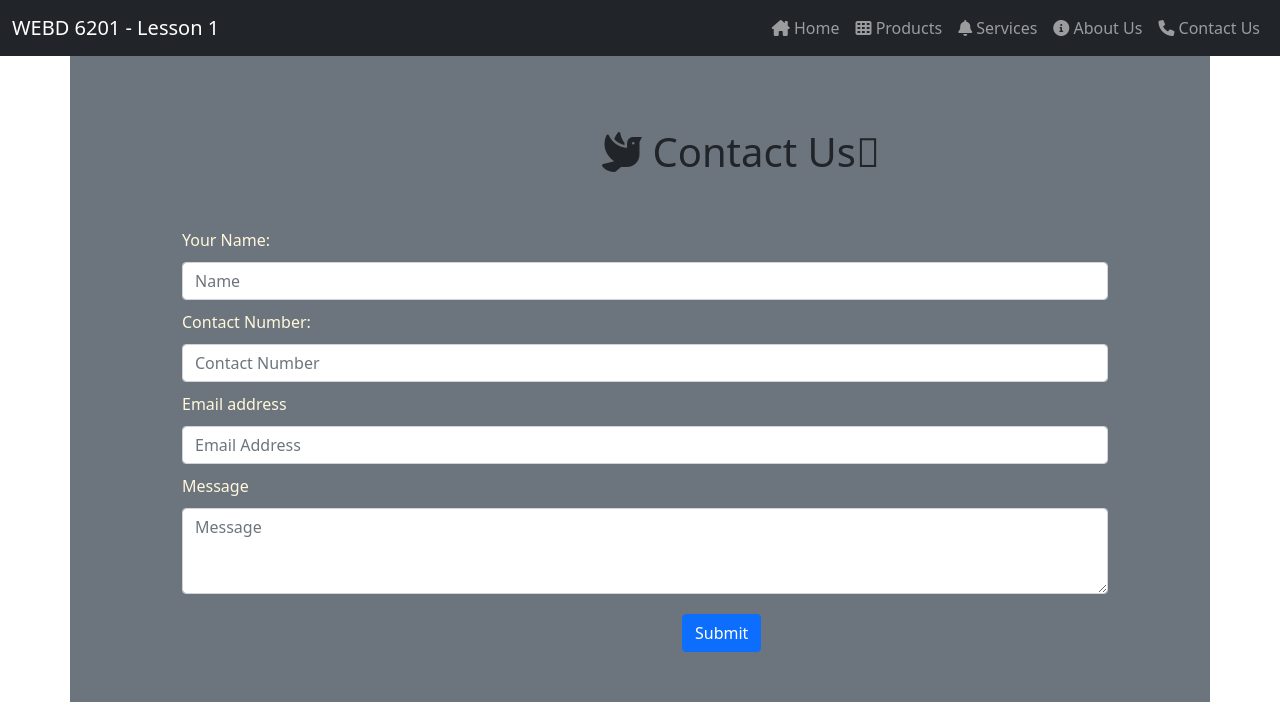
Repository: devanshudave1901/DevanshuDave_AngaranYogeswaranLab2
Page: contact.html
The author's editor kept a copy of each file at every save. The page is drawn from the files as they stood at one save, then again after the next save.
The browser window is 1280 px wide. The pictures show the whole page.

Above is the page before, as saved 2022-02-10 12:43:06.

### contact.html
<!DOCTYPE html>
<html lang="en">
  <head>
    <meta charset="UTF-8" />
    <meta http-equiv="X-UA-Compatible" content="IE=edge" />
    <meta name="viewport" content="width=device-width, initial-scale=1.0" />
    <title>Contact Us</title>
    <link
      rel="stylesheet"
      href="./node_modules/bootstrap/dist/css/bootstrap.min.css"
    />
    <link
      rel="stylesheet"
      href="./node_modules/@fortawesome/fontawesome-free/css/all.min.css"
    />
    <link rel="stylesheet" href="./Content/app.css" />
  </head>
  <body>
    <nav class="navbar navbar-expand-lg navbar-dark bg-dark">
      <div class="container-fluid">
        <a class="navbar-brand" href="#">WEBD 6201 - Lesson 1</a>
        <button
          class="navbar-toggler"
          type="button"
          data-bs-toggle="collapse"
          data-bs-target="#navbarSupportedContent"
          aria-controls="navbarSupportedContent"
          aria-expanded="false"
          aria-label="Toggle navigation"
        >
          <span class="navbar-toggler-icon"></span>
        </button>
        <div class="collapse navbar-collapse" id="navbarSupportedContent">
          <ul class="navbar-nav ms-auto">
            <li class="nav-item active">
              <a class="nav-link" aria-current="page" href="./index.html"
                ><i class="fa-solid fa-house-chimney"></i> Home</a
              >
            </li>

            <li class="nav-item">
              <a class="nav-link" href="./products.html"
                ><i class="fa-solid fa-th"></i> Products</a
              >
            </li>
            <li class="nav-item">
              <a class="nav-link" href="./services.html"
                ><i class="fa-solid fa-bell"></i> Services</a
              >
            </li>
            <li class="nav-item">
              <a class="nav-link" href="./about.html">
                <i class="fa-solid fa-circle-info"></i> About Us</a
              >
            </li>
            <li class="nav-item">
              <a class="nav-link" href="./contact.html">
                <i class="fa-solid fa-phone"></i> Contact Us</a
              >
            </li>
          </ul>
        </div>
      </div>
    </nav>
    <div class="jumbotron bg-secondary container" id="contentArea">
      <br />
      <br />
      <br />
      <h1 id="contactId">
        <i class="fa-solid fa-dove"></i> Contact Us<i
          class="fa-thin fa-comments"
        ></i>
      </h1>
      <br />

      <form id="Contactform">
        <div class="form-group">
          <label for="InputName">Your Name: </label>
          <input
            type="text"
            class="form-control"
            id="InputName"
            placeholder="Name"
          />
        </div>
        <div class="form-group">
          <label for="InputNumber">Contact Number: </label>
          <input
            type="number"
            class="form-control"
            id="InputNumber"
            placeholder="Contact Number"
          />
        </div>
        <div class="form-group">
          <label for="InputEmail1"> Email address</label>
          <input
            type="email"
            class="form-control"
            id="exampleInputEmail1"
            placeholder="Email Address"
          />
        </div>

        <div class="form-group">
          <label for="InputMessage">Message</label>
          <textarea
            class="form-control"
            id="InputMessage"
            placeholder="Message"
            rows="3"
          ></textarea>
        </div>

        <button type="submit" class="btn btn-primary">Submit</button>
      </form>
    </div>
    <!-- 3RD Party Library-->
    <script src="./node_modules/jquery/dist/jquery.min.js"></script>
    <script src="./node_modules/bootstrap/dist/js/bootstrap.min.js"></script>
  </body>
</html>

### Content/app.css
#Contactform {
  padding: 10px 90px 50px 100px;
}
#Contactform label {
  color: cornsilk;
  padding-bottom: 10px;
  padding-top: 10px;
}

#Contactform button {
  margin-top: 20px;
  margin-left: 500px;
}
.formInputBox {
  padding-left: 60px;
  margin: 8px 0;
  border: dashed;
  box-sizing: border-box;
}

#contactId {
  padding-left: 520px;
}

Loaded but not shown: node_modules/bootstrap/dist/css/bootstrap.min.css (library); node_modules/@fortawesome/fontawesome-free/css/all.min.css (library); node_modules/jquery/dist/jquery.min.js (library); node_modules/bootstrap/dist/js/bootstrap.min.js (library)

After the next save:
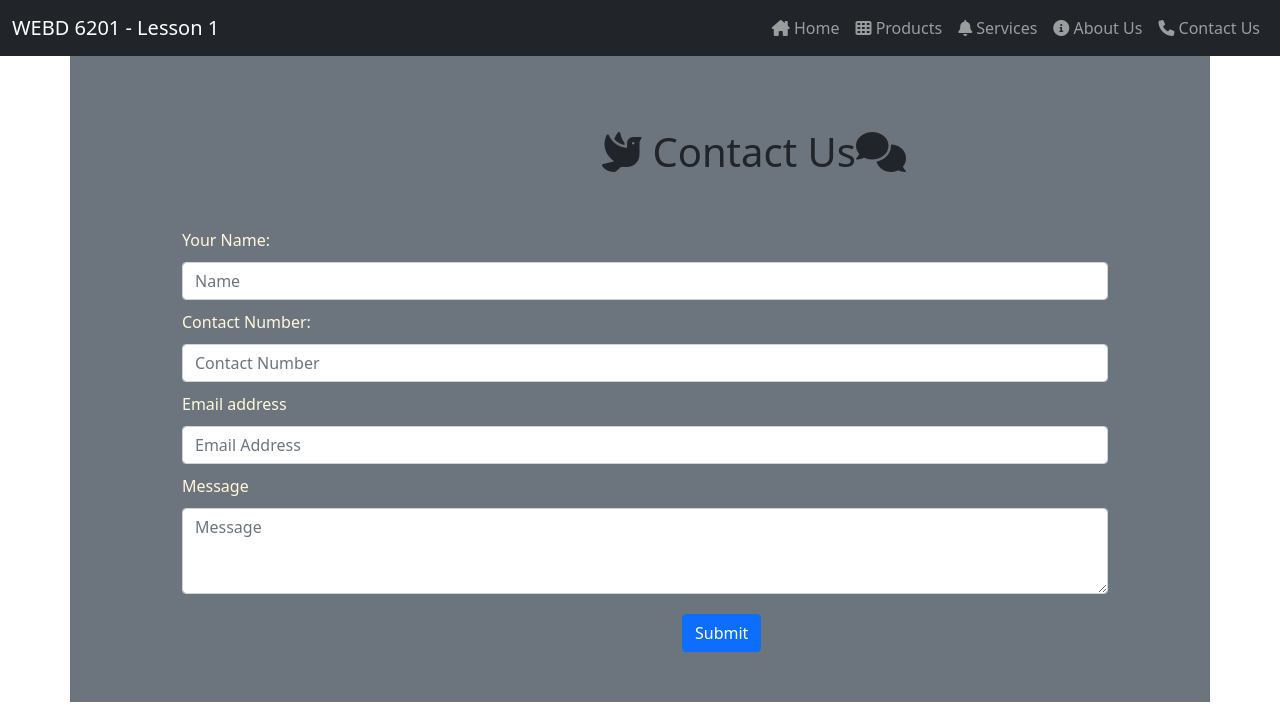
Saved 12 s later.
--- a/contact.html
+++ b/contact.html
@@ -68,7 +68,7 @@
       <br />
       <h1 id="contactId">
         <i class="fa-solid fa-dove"></i> Contact Us<i
-          class="fa-thin fa-comments"
+          class="fa-solid fa-comments"
         ></i>
       </h1>
       <br />
